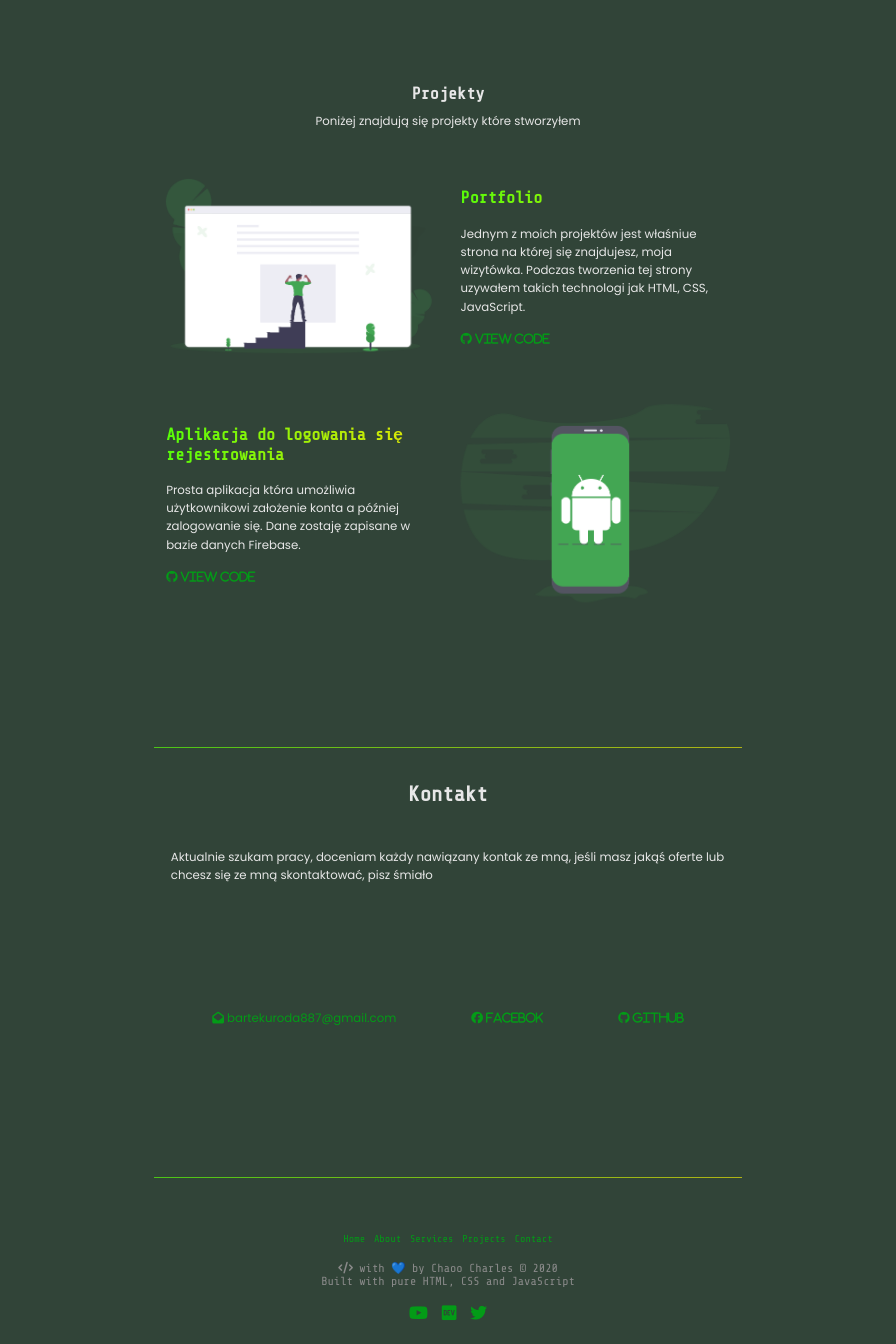
Repository: BartekUroda/portfolio
Page: index.html
An editor plug-in stored every save of this project. The page is shown before and after the next save, followed by the edit.
The browser window is 1280 px wide. The pictures show the part of the page from y = 2082 to 4002 px (the page is 4002 px tall), at 70% of full size.
Some web libraries are served in a nearby version.

Above is the page before, as saved 2020-10-27 22:19:59.

After the next save:
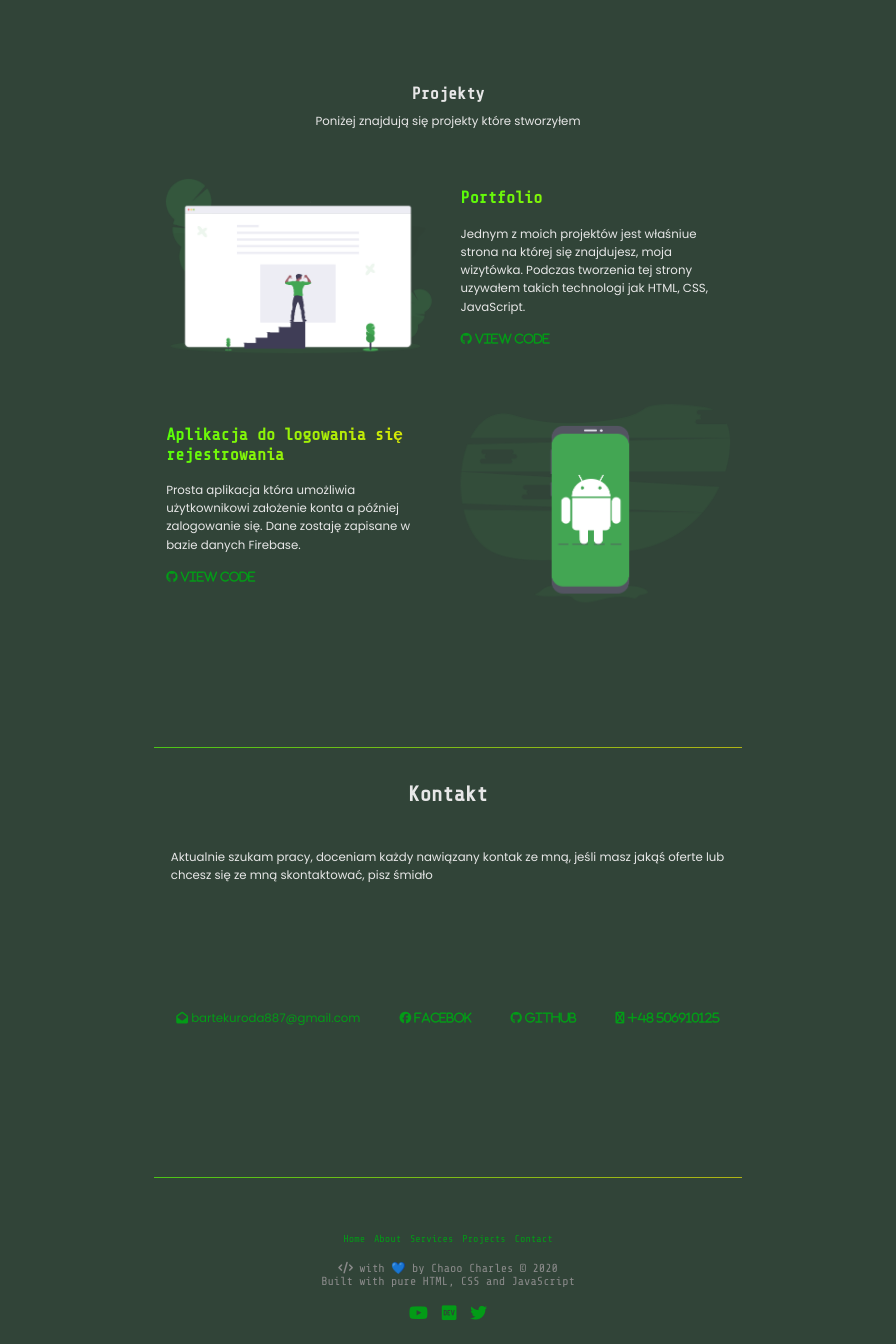
Saved 78 s later.
--- a/index.html
+++ b/index.html
@@ -232,6 +232,11 @@
           <p>
             <a href="#" target="_blank"><i class="fab fa-github"> GitHub</i></a>
           </p>
+          <p>
+            <a href="#" target="_blank"
+              ><i class="fab fa-phone"> +48 506910125</i></a
+            >
+          </p>
         </div>
         <hr />
       </section>
